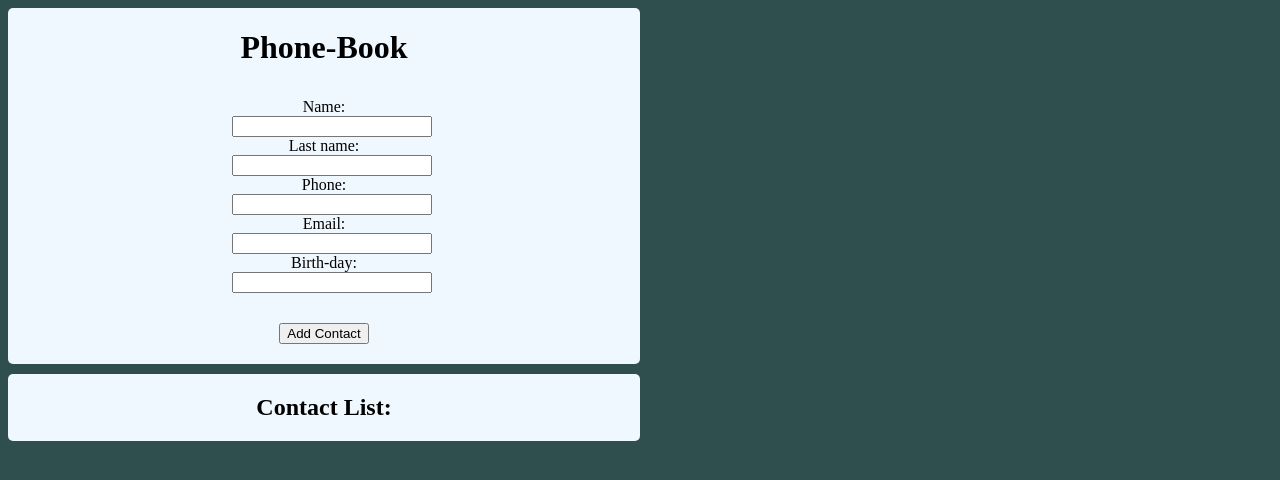
Repository: STA1357/Phone-book
Page: Inner.html
An editor plug-in stored every save of this project. The page is shown before and after the next save, followed by the edit.
The browser window is 1280 px wide. The pictures show the whole page.

Above is the page before, as saved 2020-12-08 13:24:55.

After the next save:
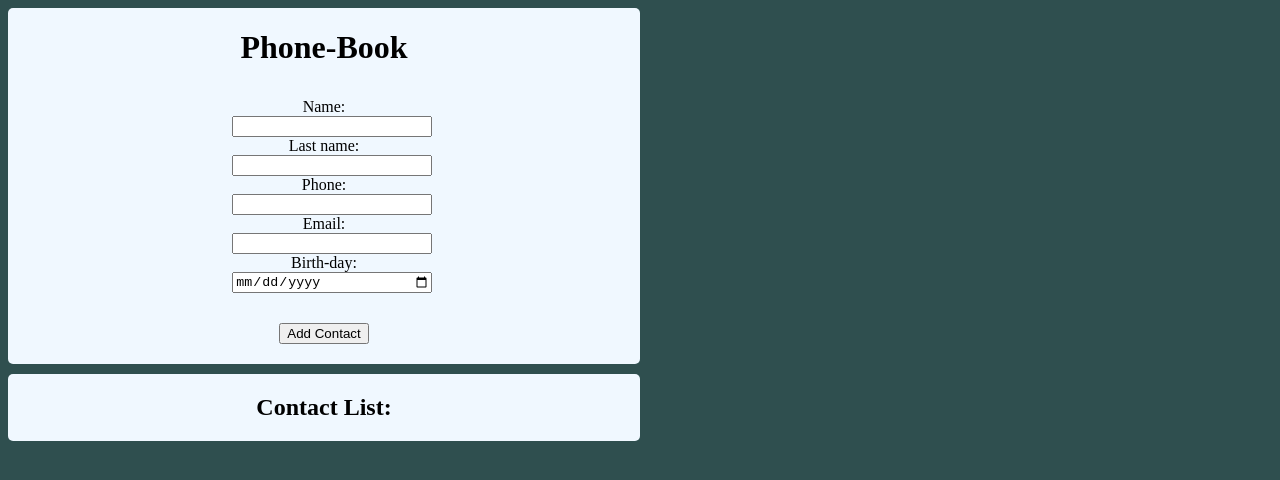
Saved 2 h 54 min later.
--- a/Inner.html
+++ b/Inner.html
@@ -26,7 +26,7 @@
                 <label for="email">Email:</label>
                 <input type="text" id="emailInput">
                 <label for="birthname">Birth-day:</label>
-                <input type="text" id="birthInput">
+                <input type="date" id="birthInput">
             </div>
 
         </main>
